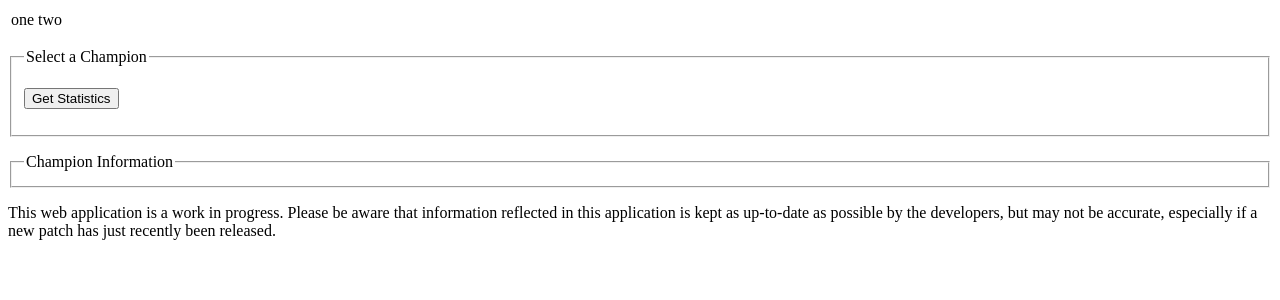
Repository: spencer-carver/lol-db
Page: LOLdb/war/index.html
The author's editor kept a copy of each file at every save. The page is drawn from the files as they stood at one save, then again after the next save.
The browser window is 1280 px wide. The pictures show the whole page.
The page's requests for data from a server got no answer. Some web libraries are served in a nearby version.

Above is the page before, as saved 2013-01-31 18:12:32.

### LOLdb/war/index.html
<html>
<head>
    <title>League of Legends Theorycraft Tool</title>

    <link href="http://ajax.googleapis.com/ajax/libs/jqueryui/1.8/themes/base/jquery-ui.css" rel="stylesheet" type="text/css" />

    <script src="http://ajax.googleapis.com/ajax/libs/jquery/1.7.2/jquery.js" type="text/javascript"></script>
    <script src="http://ajax.googleapis.com/ajax/libs/jqueryui/1.8/jquery-ui.min.js" type="text/javascript"></script>
    <script type="text/javascript" src="app.js"></script>

</head>
<body>
	<table>
		<tr>
			<td>one</td><td>two</td>
		</tr>
	</table>
 	<form id="get_champion_dropdown">
    </form>
    <form id="get_champion_info">
        <fieldset>
            <legend>Select a Champion</legend>

                <p>
                    <div id="championDropdown"></div>
                </p>
                <p>
                    <input id="myButton" type="button" value="Get Statistics" />
                </p>
        </fieldset>
    </form>
    <div id="Results">
        <fieldset>
            <legend>Champion Information</legend>
                 <div id="info_pane"></div>
        </fieldset>
    </div>
<footer>
  <p>This web application is a work in progress.  Please be aware that information reflected in this application is kept as up-to-date as possible
  by the developers, but may not be accurate, especially if a new patch has just recently been released.</p>
  <p><time pubdate datetime="2013-01-31"></time></p>
</footer>
</body>
</html>

### LOLdb/war/app.js
$(document).ready(function() {

	//get the form data and then serialize that
    dataString = $("#get_champion_dropdown").serialize();

    //make the AJAX request, dataType is set to json
    //meaning we are expecting JSON data in response from the server
    $.ajax({
        type: "POST",
        url: "ChampionNames",
        data: "",
        dataType: "json",

        //if received a response from the server
        success: function( data, textStatus, jqXHR) {
            //our country code was correct so we have some information to display
             if(data.success){
                 $("#championDropdown").html("");
                 var temp = "<select id=\"champion_select\">";
                 for (var i = 0; i < 110; i++) {
                	 temp = temp + "<option>" + data.championNames[i] + "</option>";
                 }
                 temp += "</select>";
                 $("#championDropdown").append(temp);
             }
             //display error message
             else {
                 $("#championDropdown").html("<div><b>An Error has occurred retrieving the list of Champions.</b></div>");
             }
        },

        //If there was no resonse from the server
        error: function(jqXHR, textStatus, errorThrown){
             console.log("Something really bad happened " + textStatus);
              $("#championDropdown").html(jqXHR.responseText);
        },

        //capture the request before it was sent to server
        beforeSend: function(jqXHR, settings){
            //adding some Dummy data to the request
            settings.data += "&dummyData=whatever";
            //disable the button until we get the response
            $('#myButton').attr("disabled", true);
        },

        //this is called after the response or error functions are finsihed
        //so that we can take some action
        complete: function(jqXHR, textStatus){
            //enable the button
            $('#myButton').attr("disabled", false);
        }

    });

    //Stops the submit request
    $("#get_champion_info").submit(function(e){
           e.preventDefault();
    });

    //checks for the button click event
    $("#myButton").click(function(e){

            //get the form data and then serialize that
            dataString = $("#get_champion_info").serialize();

            //get the form data using another method
            var championName = $("#champion_select option:selected").text();
            dataString = "championName=" + championName;

            //make the AJAX request, dataType is set to json
            //meaning we are expecting JSON data in response from the server
            $.ajax({
                type: "POST",
                url: "ChampionInfo",
                data: dataString,
                dataType: "json",

                //if received a response from the server
                success: function( data, textStatus, jqXHR) {
                    //our country code was correct so we have some information to display
                     if(data.success){
                         $("#info_pane").html("");
                         $("#info_pane").append("<img src=\"" + data.championInfo.mImagePath + "\"></img><br/>");
                         $("#info_pane").append("<b>Champion Name:</b> " + data.championInfo.mName + "<br/>");
                         $("#info_pane").append("<b>Health:</b> " + data.championInfo.mHealth + "<br/>");
                         $("#info_pane").append("<b>Health Per Level:</b> " + data.championInfo.mHealthPerLevel + "<br/>");
                         $("#info_pane").append("<b>Health Regen:</b> " + data.championInfo.mHealthRegen + "<br/>");
                         $("#info_pane").append("<b>Health Regen Per Level:</b> " + data.championInfo.mHealthRegenPerLevel + "<br/>");
                         $("#info_pane").append("<b>Mana:</b> " + data.championInfo.mMana + "<br/>");
                         $("#info_pane").append("<b>Mana Per Level:</b> " + data.championInfo.mManaPerLevel + "<br/>");
                         $("#info_pane").append("<b>Mana Regen:</b> " + data.championInfo.mManaRegen + "<br/>");
                         $("#info_pane").append("<b>Mana Regen Per Level:</b> " + data.championInfo.mManaRegenPerLevel + "<br/>");
                         $("#info_pane").append("<b>Damage:</b> " + data.championInfo.mDamage + "<br/>");
                         $("#info_pane").append("<b>Damage Per Level:</b> " + data.championInfo.mDamagePerLevel + "<br/>");
                         $("#info_pane").append("<b>Attack Speed:</b> " + data.championInfo.mAttackSpeed + "<br/>");
                         $("#info_pane").append("<b>Attack Speed Per Level:</b> " + data.championInfo.mAttackSpeedPerLevel + "<br/>");
                         $("#info_pane").append("<b>Armor:</b> " + data.championInfo.mArmor + "<br/>");
                         $("#info_pane").append("<b>Armor Per Level:</b> " + data.championInfo.mArmorPerLevel + "<br/>");
                         $("#info_pane").append("<b>Magic Resist:</b> " + data.championInfo.mMagicResist + "<br/>");
                         $("#info_pane").append("<b>Magic Resist Per Level:</b> " + data.championInfo.mMagicResistPerLevel + "<br/>");
                         $("#info_pane").append("<b>Movement Speed:</b> " + data.championInfo.mMoveSpeed + "<br/>");
                         $("#info_pane").append("<b>Attack Range:</b> " + data.championInfo.mAttackRange+ "<br/>");
                     }
                     //display error message
                     else {
                    	 $("#info_pane").html("<div><b>Champion Information could not be found.</b></div>");
                     }
                },

                //If there was no resonse from the server
                error: function(jqXHR, textStatus, errorThrown){
                     console.log("Something really bad happened " + textStatus);
                     $("#info_pane").html(jqXHR.responseText);
                },

                //capture the request before it was sent to server
                beforeSend: function(jqXHR, settings){
                    //adding some Dummy data to the request
                    settings.data += "&dummyData=whatever";
                    //disable the button until we get the response
                    $('#myButton').attr("disabled", true);
                },

                //this is called after the response or error functions are finsihed
                //so that we can take some action
                complete: function(jqXHR, textStatus){
                    //enable the button
                    $('#myButton').attr("disabled", false);
                }

            });
    });
});

After the next save:
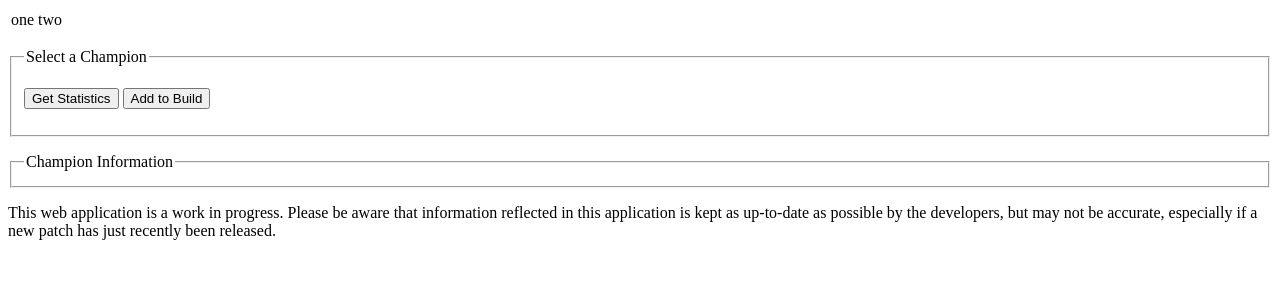
Saved 2 min 14 s later.
--- a/LOLdb/war/index.html
+++ b/LOLdb/war/index.html
@@ -26,6 +26,7 @@
                 </p>
                 <p>
                     <input id="myButton" type="button" value="Get Statistics" />
+                    <input id="addToBuild" type="button" value="Add to Build" />
                 </p>
         </fieldset>
     </form>
